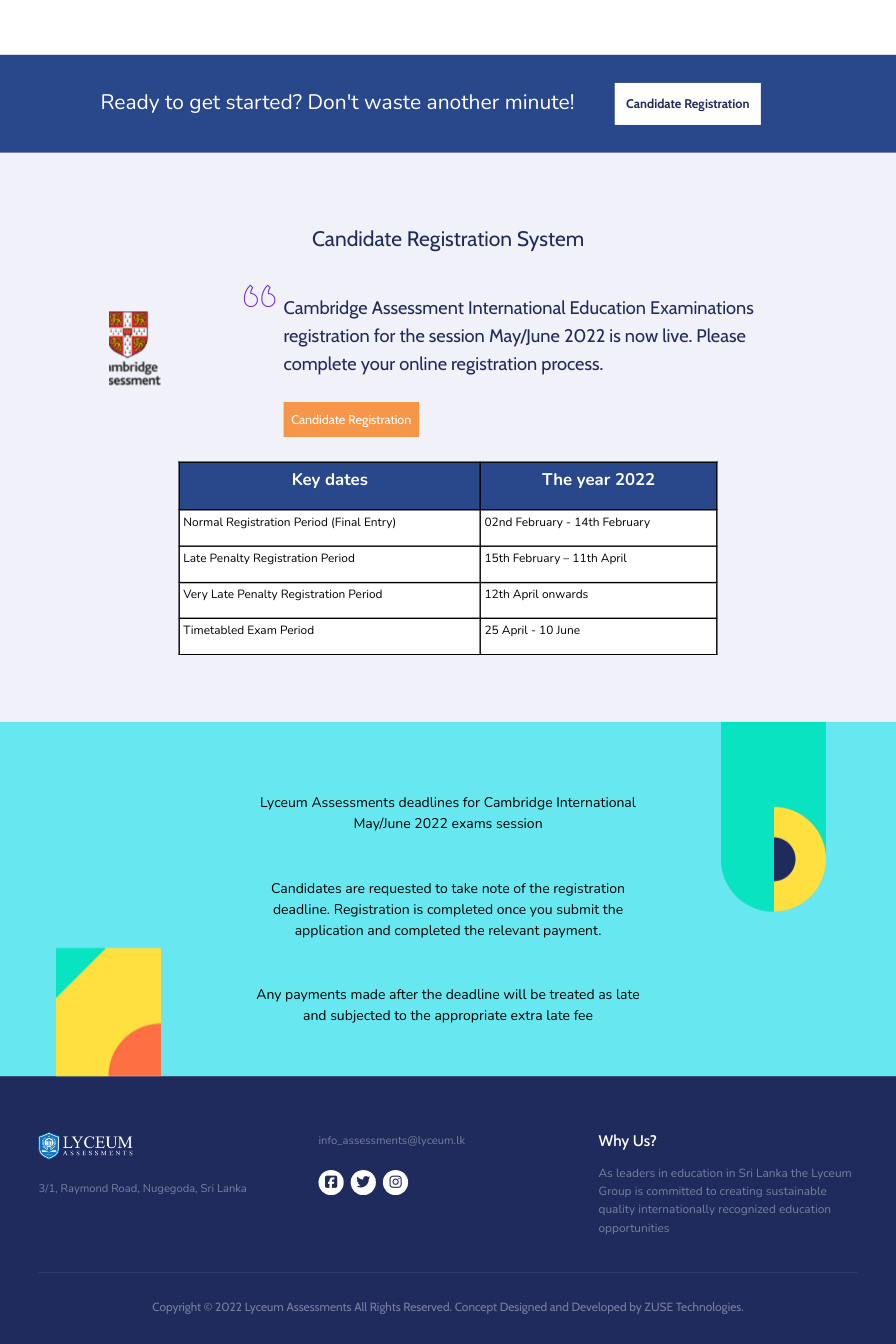
Repository: AXUSLK/LyceumAssessments-HTML
Page: index.html
These files come from the project's save history. The page is drawn as it stood at one moment and after the next save; the edit follows.
The browser window is 1280 px wide. The pictures show the part of the page from y = 3956 to 5876 px (the page is 5876 px tall before and 5821 px after), at 70% of full size.
Backgrounds fixed to the window are drawn as part of the page. Some web libraries are served in a nearby version.

Above is the page before, as saved 2022-01-30 18:42:51.

After the next save:
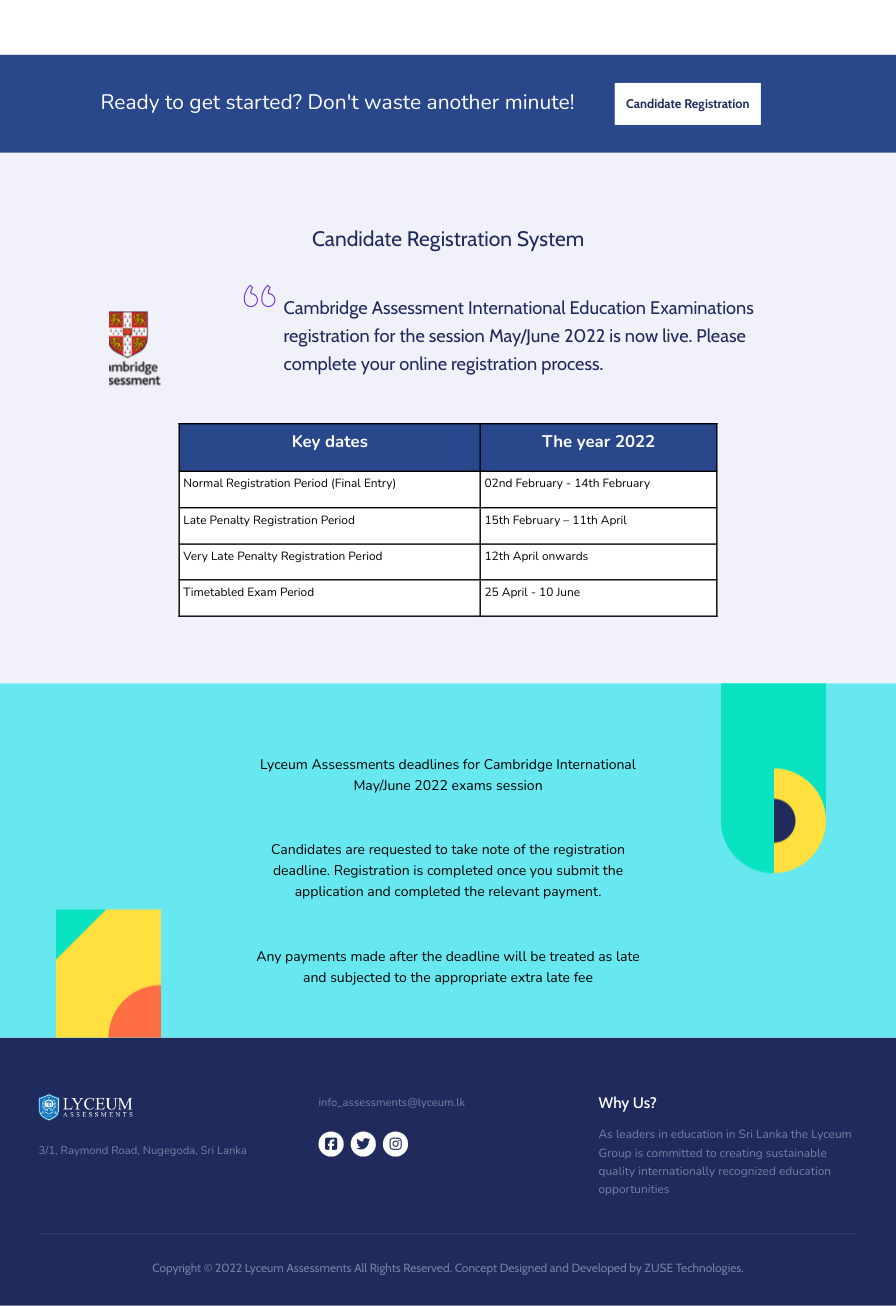
Saved 50 s later.
--- a/index.html
+++ b/index.html
@@ -476,15 +476,7 @@
 														class="img-fluid w-100 h-100 imgFit rounded-circle"
 														alt="Donald Salvor || Global Initiative">
 												</span>
-												<span class="eWrap d-block">
-													<strong class="d-block font-weight-normal text-capitalize mb-1"> <a
-															href="javascript:void(0);"
-															class="btn btn-info font-weight-normal text-capitalize hdBtn position-relative border-0 p-0"
-															data-hover="Get Started">
-															<span class="d-block btnText">Candidate Registration </span>
-														</a></strong>
-
-												</span>
+
 											</cite>
 										</blockquote>
 									</div>
